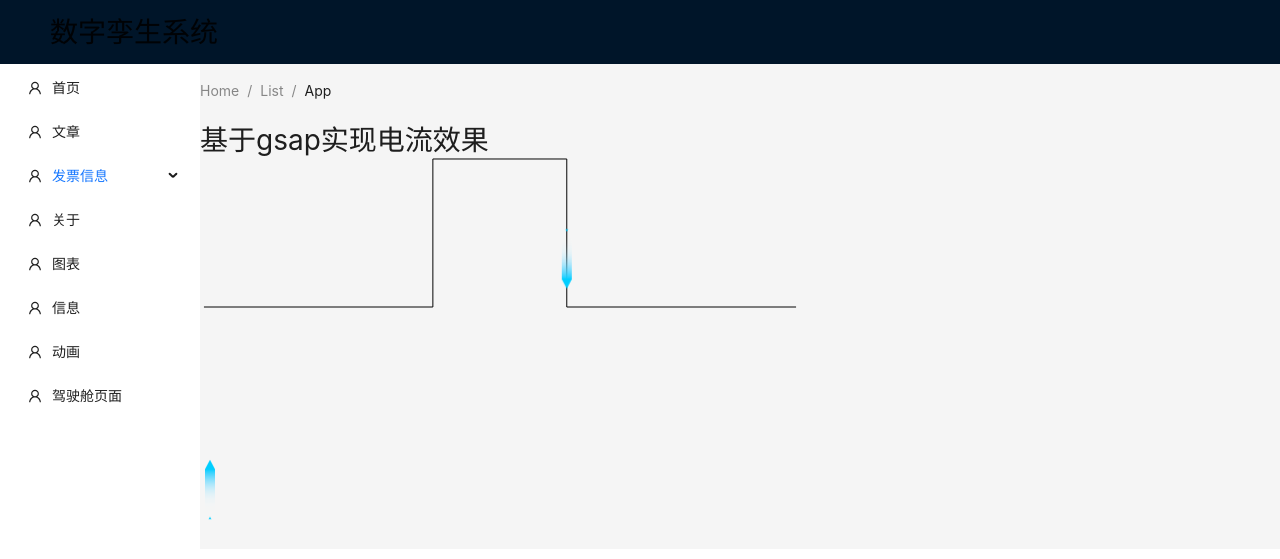
Repository: HailiePan/webpack-react-practice
Page: /animation
The author's editor kept a copy of each file at every save. The page is drawn from the files as they stood at one save, then again after the next save.
The browser window is 1280 px wide. The pictures show the whole page.
The project was rebuilt for these pictures with package versions that can differ from the ones it lists, and the page was loaded fresh each time. Also part of the build but not shown: src/pages/Animation/component/ScrollAnimation/index.jsx, src/pages/Home.jsx, src/pages/Invoices/index.jsx, src/pages/Invoices/Invoice.jsx, src/pages/Invoices/Pending.jsx, src/pages/Invoices/Complete.jsx, src/components/CommonBox/index.less, src/components/CommonBox/index.jsx and 27 more.

Above is the page before, as saved 2024-01-24 15:36:54.

### index.html
<!--
 * Author  hailie.pan
 * Date  2023-10-08 16:03:03
 * LastEditors  hailie.pan
 * LastEditTime  2023-10-08 16:03:04
 * Description  file content
-->
<!--
 * Author  hailie.pan
 * Date  2023-10-07 17:34:05
 * LastEditors  hailie.pan
 * LastEditTime  2023-10-07 17:34:06
 * Description  file content
-->
<!DOCTYPE html>
<html lang="en">
  <head>
    <meta charset="UTF-8" />
    <meta http-equiv="X-UA-Compatible" content="IE=edge" />
    <meta name="viewport" content="width=device-width, initial-scale=1.0" />
    <title>Document</title>
  </head>
  <body>
    <div id="app"></div>
  </body>
</html>

### src/index.jsx
/*
 * Author  hailie.pan
 * Date  2023-10-07 17:16:58
 * LastEditors  hailie.pan
 * LastEditTime  2023-10-24 17:39:40
 * Description  file content
 */
import React, { StrictMode } from "react";
import * as ReactDOM from "react-dom/client";
import { BrowserRouter, useRoutes } from "react-router-dom";
import { routes } from "@/router";
const App = () => {
  return useRoutes(routes);
};
const root = ReactDOM.createRoot(document.getElementById("app"));
// v18 的新方法
root.render(
  <StrictMode>
    <BrowserRouter>
      <App />
    </BrowserRouter>
  </StrictMode>
);

// BrowserRouter下直接渲染useRoutes,routes里配置好路径对应的组件
// 然后就会显示路径对应的组件
// useRoutes(routes)必须在函数里写着

### src/router/index.js
/*
 * @Author: Hailie.Pan
 * @Date: 2023-11-28 10:30:45
 * @LastEditors: Hailie.Pan
 * @LastEditTime: 2024-01-11 10:41:08
 * @Description:
 */
/*
 * Author  hailie.pan
 * Date  2023-10-13 17:13:27
 * LastEditors  hailie.pan
 * LastEditTime  2023-11-28 10:30:45
 * Description  file content
 */
import React from "react";
import { useRoutes } from "react-router-dom";

import BaseLayout from "@/BaseLayout";

import Home from "@/pages/Home";
import Invoices from "@/pages/Invoices";
import Invoice from "@/pages/Invoices/Invoice";
import Pending from "@/pages/Invoices/Pending";
import Complete from "@/pages/Invoices/Complete";
import About from "@/pages/About";
import Article from "@/pages/Article";
import ControlRoomFirstPage from "@/pages/ControlRoomFirstPage";
import Chart from "@/pages/Chart";
import Info from "@/pages/Info";
import Animation from '@/pages/Animation'

const routes = [
  {
    path: "/",
    element: <BaseLayout />,
    name: "一级场景",
    children: [
      { path: "/home", element: <Home />, name: "首页" },
      { path: "/article", element: <Article />, name: "文章" },
      {
        // path: "/invoices",
        // element: <Invoices />,
        name: "发票信息",
        children: [
          {
            path: "/invoices/invoicesDetail/:id",
            element: <Invoice />,
            name: "发票1详情",
          },
          {
            path: "/invoices/pending",
            element: <Pending />,
            name: "发票2详情",
          },
          {
            path: "/invoices/complete",
            element: <Complete />,
            name: "发票3详情",
          },
        ],
      },

      {
        path: "/about",
        element: <About />,
        name: "关于",
      },
      {
        path: "/chart",
        element: <Chart />,
        name: "图表",
      },
      {
        path: "/info",
        element: <Info />,
        name: "信息",
      },
      {
        path: "/animation",
        element: <Animation />,
        name: "动画",
      },
    ],
  },
  {
    path: "/controlRoomFirstPage",
    element: <ControlRoomFirstPage />,
    name: "驾驶舱页面",
  },
];

export { routes };

### src/BaseLayout/index.jsx
/*
 * Author  hailie.pan
 * Date  2023-10-13 17:28:32
 * LastEditors  hailie.pan
 * LastEditTime  2023-12-04 10:37:50
 * Description  file content
 */

import React, {useEffect, useCallback, useState, useMemo } from 'react';
import { LaptopOutlined, NotificationOutlined, UserOutlined } from '@ant-design/icons';
import { Breadcrumb, Layout, Menu, theme } from 'antd';
import { Link, NavLink, useRoutes, Navigate, Outlet } from 'react-router-dom';
import { gsap } from "gsap";
import { ScrollTrigger } from 'gsap/ScrollTrigger.js'
import { routes } from '@/router';
import StateContext from './data.js';
import styles from './index.less';
import ScrollAnimation from '@/pages/Animation/component/ScrollAnimation'
const { Header, Content, Sider } = Layout;

export default function BaseLayout() {
  // console.log("routes", routes);
  const [selectedMenuKeys, setSelectedMenuKeys] = useState([]);

  // useMemo缓存菜单的计算方法，避免每次刷新时都计算一遍
  // 这个菜单的算法还是不太优美，不好维护
  let showMenu = useMemo(
    () =>
      routes
        .map((item, index) => {
          if (item.children) {
            const arr2 = item.children.map((c, cIndex) => {
              return {
                key: cIndex,
                icon: React.createElement(UserOutlined),
                name: c.name,
                label: (
                  <NavLink to={c.path} state={'From App'}>
                    {c.name}
                  </NavLink>
                ),
                children: c?.children?.map((t, tIndex) => ({
                  key: `${cIndex}-${tIndex}`,
                  icon: React.createElement(UserOutlined),
                  name: t.name,
                  label: <NavLink to={t.path}>{t.name}</NavLink>
                }))
              };
            });
            return arr2;
          } else {
            return {
              key: 'dandu' + index,
              icon: React.createElement(UserOutlined),
              name: item.name,
              label: (
                <NavLink to={item.path} state={'From App'}>
                  {item.name}
                </NavLink>
              )
            };
          }
        })
        .flat(), // arr2是个数组，放到showMenu数组里需要拉平
    []
  );
  showMenu.flat();
  // console.log("showMenu", showMenu);

  const menuArr = [
    {
      key: 0,
      icon: React.createElement(UserOutlined),
      label: (
        <NavLink to="/home" state={'From App'}>
          首页
        </NavLink>
      )
    },

    {
      key: 1,
      icon: React.createElement(LaptopOutlined),
      label: <NavLink to="invoices">发票信息</NavLink>,
      children: [
        {
          key: '1-0',
          label: <NavLink to="/invoices/invoicesDetail/1?a=a&b=b">发票1详情页</NavLink>
        },
        {
          key: '1-1',
          label: <NavLink to="/invoices/pending?fromPage=菜单点击">发票2详情页</NavLink>
        },
        {
          key: '1-2',
          label: (
            <NavLink to="/invoices/complete" state={'左侧菜单点击'}>
              发票3详情页
            </NavLink>
          )
        }
      ]
    },
    {
      key: 2,
      icon: React.createElement(NotificationOutlined),
      label: <NavLink to="about">关于</NavLink>
    },
    {
      key: 3,
      icon: React.createElement(NotificationOutlined),
      label: <NavLink to="controlRoomFirstPage">驾驶舱页面</NavLink>
    },
    {
      key: 4,
      icon: React.createElement(LaptopOutlined),
      label: <NavLink to="article">文章</NavLink>
    }
  ];

  const onSelectMenu = ({ item, key, keyPath, selectedKeys, domEvent }) => {
    setSelectedMenuKeys([key]);
  };

  const [state, setState] = useState('playing');

  // useEffect(()=>{
  //   gsap.registerPlugin(ScrollTrigger)
  //     // 绿色方块
  //     gsap.to("#ewrwer", {
  //       rotation: 900,
  //       x:400,
  //       duration: 1,
  //       scrollTrigger: {
  //         trigger: '#ewrwer', // 动画的元素
  //         scroller: document.getElementById('21321'), // 滚动的元素
  //         scrub: 2,
  //         markers: true,
  //       },

  //     });
  // },[])

  return (
    <Layout className={styles.layoutWrap}>
{/*
      <div className={styles.box} id='21321'>
        <div className={styles.green} id='ewrwer'></div>
        <div style={{height:'1000px'}} />
      </div> */}

      {/* <ScrollAnimation /> */}


      <Header className={styles.header}>
        <div className={styles.logo} />

        <h1>数字孪生系统</h1>
      </Header>

      <Layout>
        <Sider className={styles.sider}>
          <Menu
            mode="inline"
            // defaultSelectedKeys={["0"]}
            // defaultOpenKeys={["sub1"]}
            style={{
              height: '100%',
              borderRight: 0
            }}
            items={showMenu}
            selectedKeys={selectedMenuKeys}
            onSelect={onSelectMenu}
          />
        </Sider>

        <Layout className={styles.rightLayout}>
          <Breadcrumb
            style={{
              margin: '16px 0'
            }}
          >
            <Breadcrumb.Item>Home</Breadcrumb.Item>
            <Breadcrumb.Item>List</Breadcrumb.Item>
            <Breadcrumb.Item>App</Breadcrumb.Item>
          </Breadcrumb>

          <StateContext.Provider value={{ state, setState }}>
            <Content className={styles.content} id='content'>
              <Outlet />
            </Content>
          </StateContext.Provider>
        </Layout>
      </Layout>
    </Layout>
  );
}

### src/pages/Animation/index.jsx
/*
 * @Author: Hailie.Pan
 * @Date: 2024-01-11 10:41:16
 * @LastEditors: Hailie.Pan
 * @LastEditTime: 2024-01-24 15:25:22
 * @Description:
 */
import React, { useRef, useEffect, useState } from 'react';
import { gsap } from 'gsap';
import { ScrollTrigger } from 'gsap/ScrollTrigger.js';
import MoveBox from './component/MoveBox';
import MoveOnPath from './component/MoveOnPath';
import CanvasDraw from './component/CanvasDraw';
import TimeLine from './component/TimeLine';
import ScrollAnimation from './component/ScrollAnimation';
import ScrollAnimation2 from './component/ScrollAnimation2';
import ImitateElectricity from './component/ImitateElectricity';
import DraggableCom from './component/DraggableCom';
import styles from './index.module.less';

export default function Animation() {
  let obj = { myNum: 10, myColor: 'red' };

  useEffect(() => {
    // stagger 依次执行动画
    // gsap.to([boxRef.current, boxRef2.current, boxRef3.current], {
    //   rotation: 360,
    //   stagger:1,
    //   duration:2
    // });

    gsap.to(obj, {
      myNum: 200,
      myColor: 'blue',
      onUpdate: () => {
        console.log('onUpdate', obj.myColor);
      },
      onComplete: () => console.log('onComplete', obj.myNum, obj.myColor)
    });
  }, []);

  return (
    <div className={styles.wrap}>
      {/* <MoveBox /> */}

      {/* 在canvas中驱动元素绘制 */}
      {/* <CanvasDraw /> */}

      {/* 时间线动画 stagger依次错开 */}
      {/* <TimeLine /> */}

      {/* 元素沿SVG路径移动 */}
      {/* <MoveOnPath /> */}

      {/* 把canvas的效果和gsap的效果放在一起对比 */}
      {/* 模拟电流效果 */}
      <ImitateElectricity />

      {/* 滚动动画 */}
      {/* <ScrollAnimation /> */}

      {/* 滚动动画 */}
      {/* <ScrollAnimation2 /> */}

      {/* 可拖拽 */}
      {/* <DraggableCom /> */}
    </div>
  );
}

### src/BaseLayout/data.js
/*
 * Author  hailie.pan
 * Date  2023-11-28 10:20:25
 * LastEditors  hailie.pan
 * LastEditTime  2023-11-28 10:26:27
 * Description  file content
 */
import { createContext } from "react";

const StateContext = createContext({});

export default StateContext;

### src/BaseLayout/index.less
body {
  margin: 0;
  // height: 200vh;
}


.layoutWrap {
  height: 100vh;
  overflow-y: auto;
}

.box{
  height: 200px;
  overflow-y: auto;
  // border: 1px solid rgb(239, 200, 151);
}
.green{
  width: 50px;
  height: 50px;
  background-color: green;
  border-radius: 4px;
  margin: 0 auto;
  position: fixed;
  top: 50%;
  left: 50%;
}
.header {
  display: flex;
  align-items: center;

  .logo {
    width: 100px;
    height: 40px;
    background: rgba(255, 255, 255, 0.5);
    margin-right: 20px;
  }
  h1 {
    color: #fff;
    padding: 0;
    margin: 0;
  }
}
@colorBgContainer: #fff;
.sider {
  width: 200;
  background: @colorBgContainer;
}
.rightLayout {
  padding: 0 24px 24px;
}

.content {
  padding: 24px;
  margin: 0;
  min-height: 280px;
  background: @colorBgContainer;
  // border: 1px solid green; // 高度没有被页面的高度撑开
  // height: auto;
  overflow-y: scroll;
}

### src/pages/home.less
@color: rgb(248, 157, 39);

@font-face {
  font-family: "DIN";
  src: url("@/assets/fonts/庞门正道标题体2.0增强版.ttf");
  font-style: normal;
  font-weight: normal;
}
.wrapper {
  font-weight: 700;
  color: #333;

  ul {
    color: @color;
    // list-style-type: none;
  }
  .fontStyle {
    font-family: "DIN";
  }

  .box {
    height: 500px;
    margin-top: 20px;
    display: flex;
    .item {
      flex-shrink: 1; //属性定义了项目的缩小比例，默认为1，即如果空间不足，该项目将缩小
      flex-grow: 1; // 定义项目的放大比例，默认为0，即如果存在剩余空间，也不放大
      width: 300px;
      background-color: #fce09e;
      border: 1px solid rgb(255, 162, 0);
    }
  }
  .showImg {
    display: flex;
    img {
      width: 100px;
      height: 100px;
      margin-top: 10px;
      display: block;
    }
  }
}

### src/pages/Animation/component/ImitateElectricity/index.jsx
/*
 * @Author: Hailie.Pan
 * @Date: 2024-01-16 22:18:53
 * @LastEditors: Hailie.Pan
 * @LastEditTime: 2024-01-24 15:36:54
 * @Description:
 */
import React, { useEffect, useRef } from 'react';
import { gsap } from 'gsap';
import { MotionPathPlugin, MotionPathHelper } from 'gsap/all';
import styles from './index.module.less';

export default function ImitateElectricity() {
  const jiantou = useRef();
  const jiantou2 = useRef();

  useEffect(() => {
    // 注册插件
    gsap.registerPlugin(MotionPathPlugin);

    const tl = gsap.timeline();

    gsap.set([jiantou.current, jiantou2.current], { scale: 0.5, autoAlpha: 1 });

    tl.to([jiantou.current], {
      duration: 8,
      ease: 'none',
      immediateRender: true,
      repeat: -1, // 重复
      stagger: 2, // 间隔时间
      motionPath: {
        path: '#xianlu', // 路径
        align: '#xianlu', // 对齐到路径
        alignOrigin: [0.5, 0.5], // 对齐原点
        autoRotate: 90 // 沿路径方向旋转角度
        // offsetX: -20,
        // offsetY: 0,
      }
    });
    // gsap.registerPlugin(MotionPathPlugin, MotionPathHelper)
  }, []);

  return (
    <div>
      <h1>基于gsap实现电流效果</h1>
      {/* svg路径必须是path */}
      <svg class={styles.motionPath} viewBox="0 0 600 152">
        <path fill="none" stroke="#000" d="m0,151h231.97V1h135.69v150h232.35" />
        {/* <path
          id="xianlu"
          fill="none"
          stroke="rgba(0,0,0,0)"
          d="m0,151h223.65c4.6,0,8.32-3.73,8.32-8.32V9.52c0-4.7,3.81-8.52,8.52-8.52h119.02c4.5,0,8.15,3.65,8.15,8.15v133.68c0,4.51,3.66,8.17,8.17,8.17h224.18"
        /> */}
        {/* <path
          id="xianlu"
          fill="none"
          stroke="rgba(0,0,0,0)"
          d="m0,151h215.39c9.15,0,16.58-7.42,16.58-16.58V17.77c0-9.26,7.51-16.77,16.77-16.77h102.51c9.06,0,16.41,7.35,16.41,16.41v117.17c0,9.07,7.35,16.42,16.42,16.42h215.93"
        /> */}
        <path
          id="xianlu"
          fill="none"
          stroke="rgba(0,0,0,0)"
          d="m0,151h209.78c12.26,0,22.19-9.94,22.19-22.19V23.39c0-12.37,10.02-22.39,22.39-22.39h91.28c12.16,0,22.02,9.86,22.02,22.02v105.94c0,12.17,9.87,22.04,22.04,22.04h210.31"
        />
      </svg>

      <div className={styles.jiantou} ref={jiantou}></div>
      <div className={styles.jiantou} ref={jiantou2}></div>
    </div>
  );
}

### src/pages/Animation/component/ScrollAnimation/index.module.less

.wrap{
  border:1px solid red;
  height: 600px;
  background-color: #111;
  color: white;
  // overflow-x: hidden;
  overflow-y: scroll;
}
h1, h2 {
  margin: 0;
  font-weight: 400;
  max-width: none;
}
.headerSection{
  height: 400px;
  line-height: 400px;
  border: 1px solid rgb(255, 140, 0);
}

.comparisonSection {
  position: relative;
  padding-bottom: 56.25%; /* to maintain aspect ratio (responsive!) */
  border: 1px solid yellow;

  .comparisonImage {
    width: 100%;
    height: 100%;

    img {
      width: 100%;
      height: 100%;
      position: absolute;
      top: 0;
    }
  }

  .afterImage {
    position: absolute;
    overflow: hidden;
    top: 0;
    transform: translate(100%, 0px);
    img {
      transform: translate(-100%, 0px);
    }
  }
}

### src/pages/Animation/component/ImitateElectricity/index.module.less
.motionPath {
    overflow: visible;
      width: 600px;
      height: 150px;
  }

  .jiantou{
    width: 20px;
    height: 119px;
    background: url('./assets/jiantou.png');
  }

After the next save:
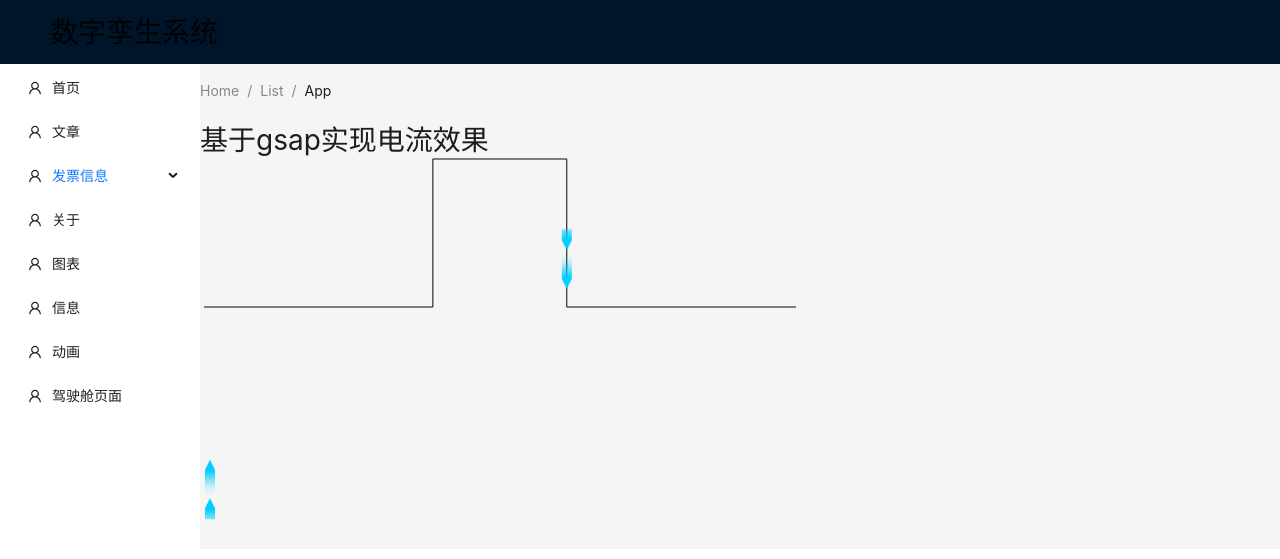
Saved 5 min 9 s later.
--- a/src/pages/Animation/component/ImitateElectricity/index.module.less
+++ b/src/pages/Animation/component/ImitateElectricity/index.module.less
@@ -1,11 +1,11 @@
 .motionPath {
-    overflow: visible;
-      width: 600px;
-      height: 150px;
-  }
+  overflow: visible;
+  width: 600px;
+  height: 150px;
+}
 
-  .jiantou{
-    width: 20px;
-    height: 119px;
-    background: url('./assets/jiantou.png');
-  }
+.jiantou {
+  width: 20px;
+  height: 119px;
+  background: url('./assets/jiantou2.png');
+}
